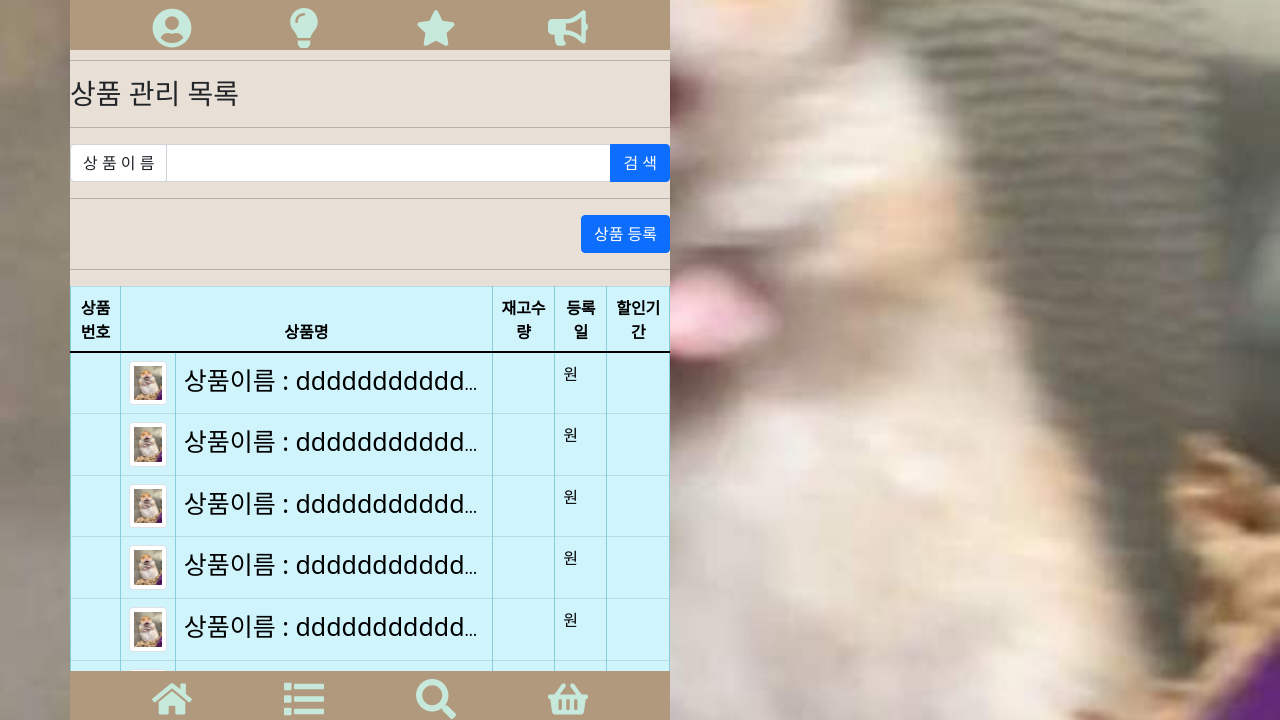
Repository: heegyu97/project
Page: http://localhost/0801_mvc2/WEB-INF/views/seller/productList.jsp
An editor plug-in stored every save of this project. The page is shown before and after the next save, followed by the edit.
The browser window is 1280 px wide. The pictures show the whole page.
An inner scrolling area shows only its first screen. Some web libraries are served in a nearby version. The page is served by Tomcat 9. Nobody is signed in. The template is opened directly, without the code that normally fills it, so the values that code supplies are empty.

Above is the page before, as saved 2022-08-11 08:27:03.

After the next save:
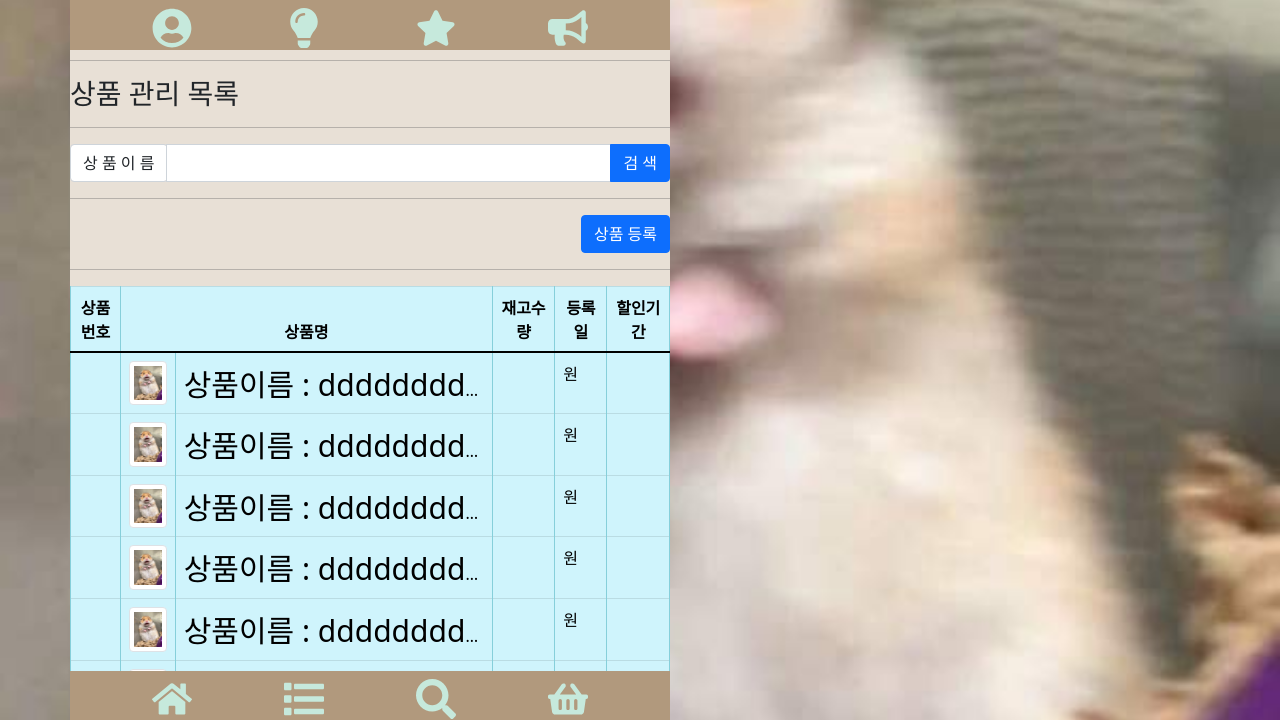
Saved 70 s later.
--- a/0801_mvc2/src/main/webapp/WEB-INF/views/seller/productList.jsp
+++ b/0801_mvc2/src/main/webapp/WEB-INF/views/seller/productList.jsp
@@ -75,7 +75,7 @@
 						</td>
 						<td>
 							<div class="pname">
-								<a href="${pageContext.request.contextPath}/guest/detail">
+								<a href="${pageContext.request.contextPath}/guest/detail" style="font-size: 30px">
 									상품이름 : ddddddddddddddddddddddddddddddd
 								</a>
 							</div>
